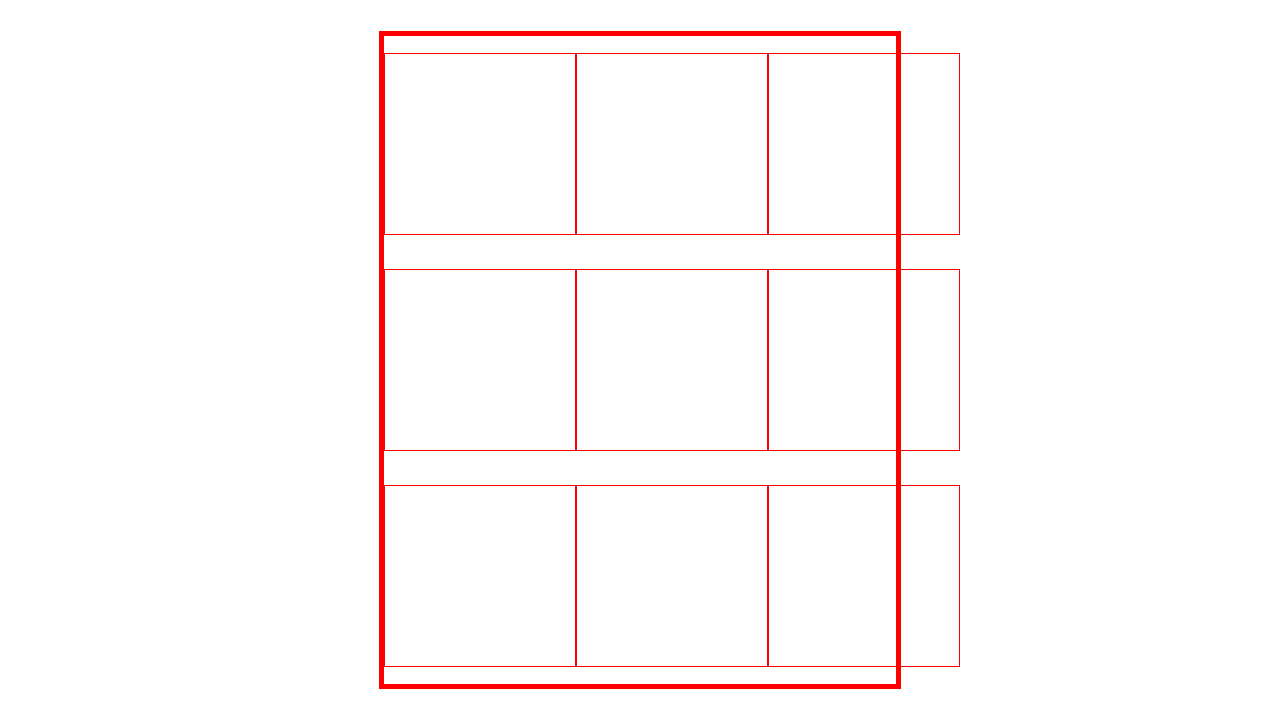
Repository: kocokoy/TOP-tic-tac-toe
Page: index.html
An editor plug-in stored every save of this project. The page is shown before and after the next save, followed by the edit.
The browser window is 1280 px wide. The pictures show the whole page.

Above is the page before, as saved 2024-11-07 14:48:18.

After the next save:
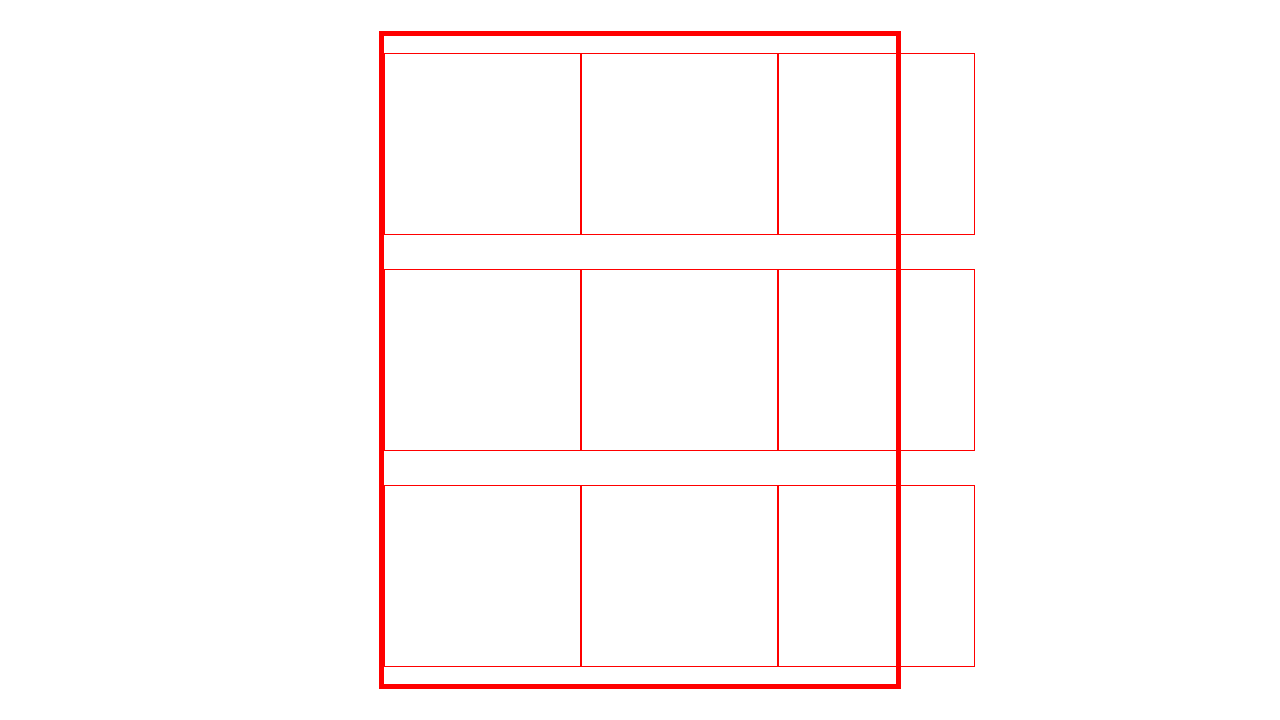
Saved 4 s later.
--- a/styles/style.css
+++ b/styles/style.css
@@ -22,7 +22,7 @@ body{
 .gameboard div{
   border: 1px solid red;
   height:180px;
-  width: 190px;
+  width: 195px;
   cursor: pointer;
   color: tomato;
   display: flex;
